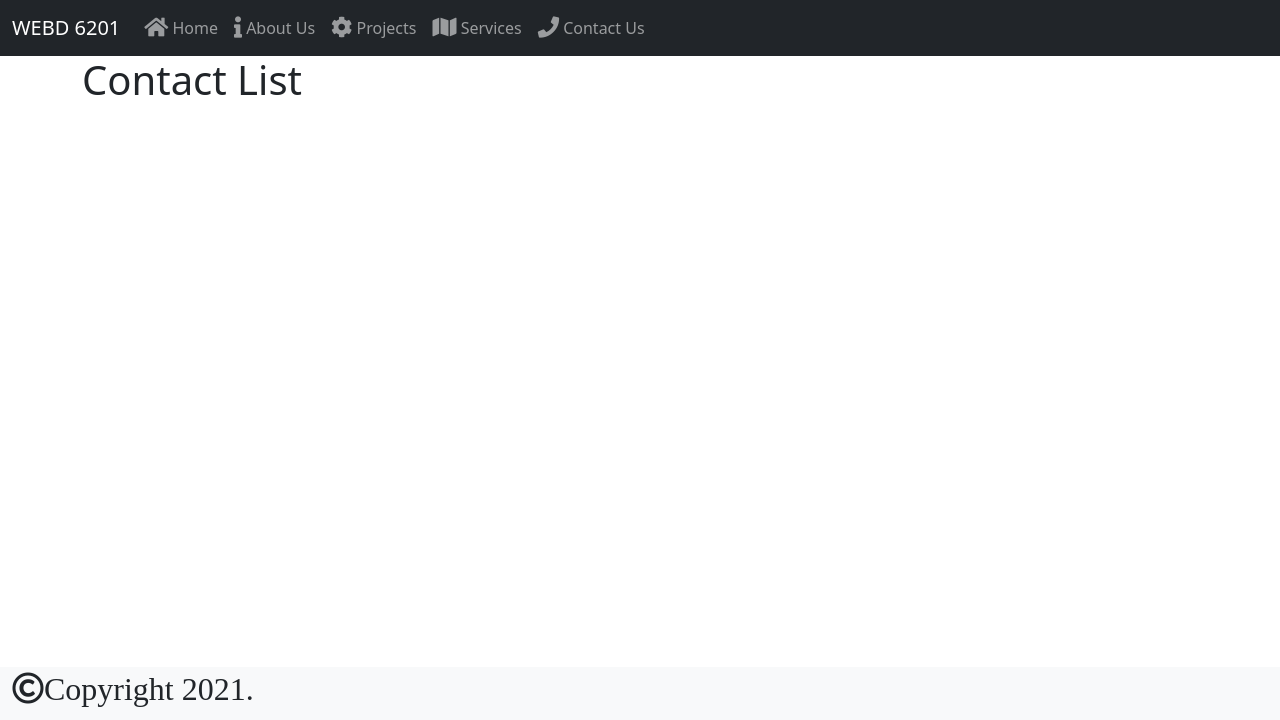
Repository: vans12345678/WEBD6201-W2021-Week3
Page: contact-list.html
The author's editor kept a copy of each file at every save. The page is drawn from the files as they stood at one save, then again after the next save.
The browser window is 1280 px wide. The pictures show the whole page.

Above is the page before, as saved 2021-01-28 09:34:26.

After the next save:
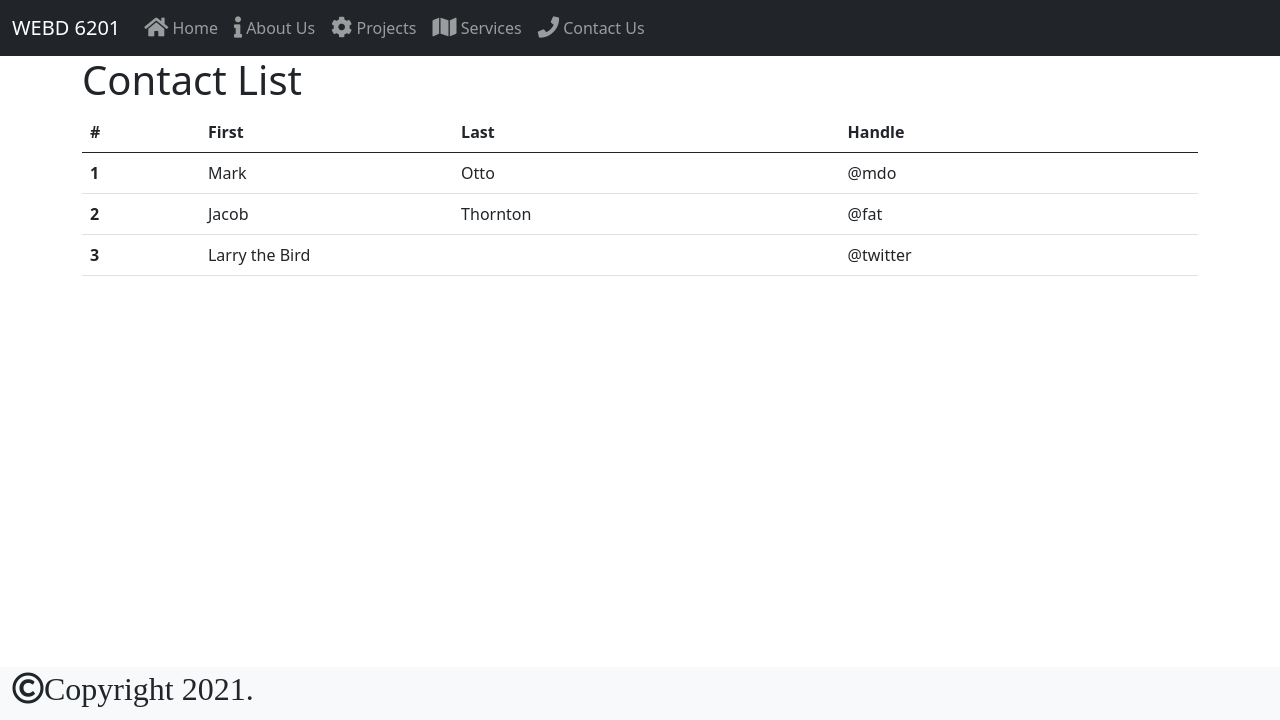
Saved 2 min 59 s later.
--- a/contact-list.html
+++ b/contact-list.html
@@ -49,6 +49,39 @@
   <!-- Main Contents -->
     <main class="container">
         <h1>Contact List</h1>
+        <div class="row">
+          <div class="col">
+            <table class="table">
+              <thead>
+                <tr>
+                  <th scope="col">#</th>
+                  <th scope="col">First</th>
+                  <th scope="col">Last</th>
+                  <th scope="col">Handle</th>
+                </tr>
+              </thead>
+              <tbody>
+                <tr>
+                  <th scope="row">1</th>
+                  <td>Mark</td>
+                  <td>Otto</td>
+                  <td>@mdo</td>
+                </tr>
+                <tr>
+                  <th scope="row">2</th>
+                  <td>Jacob</td>
+                  <td>Thornton</td>
+                  <td>@fat</td>
+                </tr>
+                <tr>
+                  <th scope="row">3</th>
+                  <td colspan="2">Larry the Bird</td>
+                  <td>@twitter</td>
+                </tr>
+              </tbody>
+            </table>
+          </div>
+        </div>
     </main>
     <!-- Main Footer -->
     <footer>
